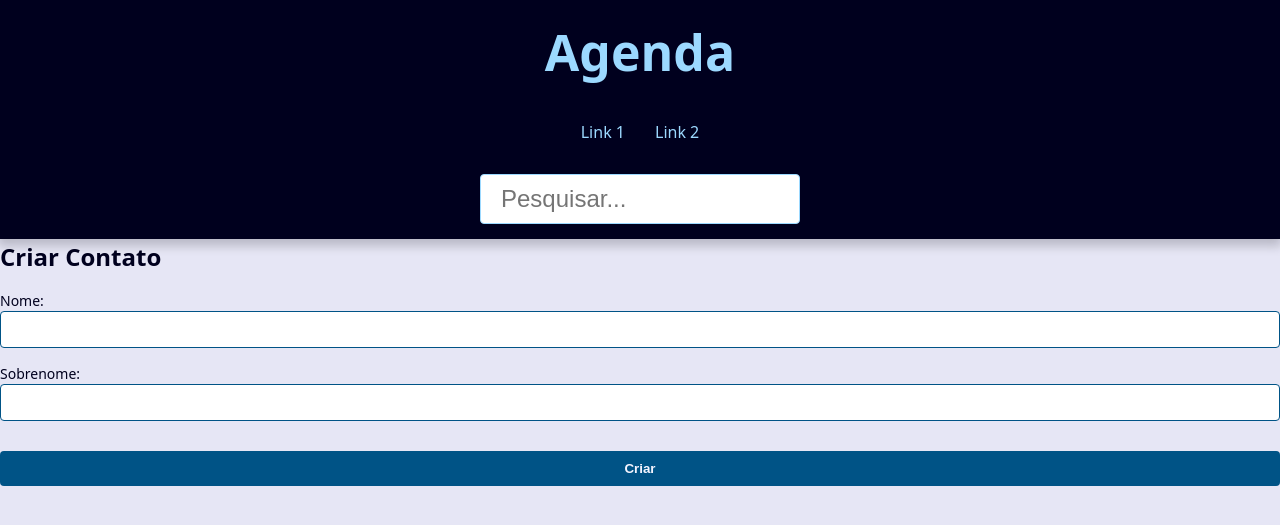
Repository: Anajuliabm248/Agenda
Page: http://localhost/contact/create/
These files come from the project's save history. The page is drawn as it stood at one moment and after a run of saves; the edit follows.
The browser window is 1280 px wide. The pictures show the whole page.
The page is served by the project's application, run on Django 5.2 (manage.py). Other server files are loaded and not shown.

Above is the page before, as saved 2026-05-03 15:22:49.

### contact/templates/contact/create.html
{% extends "global/base.html" %}

{% block content %}
<h2>Criar Contato</h2>

<div class="main">
    <!-- enctype serve para indicar que o formulário pode enviar arquivos, como imagens ou documentos. -->
    <form action="{% url 'contact:create' %}" method="POST" enctype="multipart/form-data">
        <!-- proteção contra ataques CSRF (Cross-Site Request Forgery) -->
        {% csrf_token %}
        <div class="form-content">
            <div class="form-group">
                <label for="id_first_name">Nome:</label>
                <input type="text" id="id_first_name" name="first_name" required maxlength="255">
            </div>
            <div class="form-group">
                <label for="id_last_name">Sobrenome:</label>
                <input type="text" id="id_last_name" name="last_name" required maxlength="255">
            </div>

        </div>
        <div class="form-content">
            <div class="form-group">
                <button class="btn" type="submit">Criar</button>
            </div>
        </div>
    </form>
</div>

{% endblock content %}

### base_templates/global/base.html
{% load static %}
<!DOCTYPE html>
<html lang="pt_BR">
<head>
    <meta charset="UTF-8">
    <title>{% block title %}{{ title }}{% endblock title %}</title>
    <link rel="stylesheet" href="{% static 'global/css/styles.css' %}">
</head>
<body>

    {% include 'global/partials/_header.html' %}

    {% block content %}

    {% endblock content %}

</body>
</html>

### base_templates/global/partials/_header.html
<header class="header">
        <h1 class="header-heading">
            <a href="{% url 'contact:index' %}" class="header-link">Agenda</a>
        </h1>
        <nav class="menu">
            <ul class="menu-list">
                <li class="menu-item">
                    <a href="" class="menu-link">Link 1</a>
                </li>
                <li class="menu-item">
                    <a href="" class="menu-link">Link 2</a>
            </ul>
        </nav>

        <div class="search">
            <form action="{% url 'contact:search' %}" method="GET">
                <input type="text" name="q" id="search" class="search-input" placeholder="Pesquisar..." value="{{ search_value }}">
            </form>
        </div>
    </header>

### contact/views/contact_forms.py

from django.shortcuts import redirect, render, get_object_or_404
from contact.models import Contact
from django.db.models import Q
from django.core.paginator import Paginator
# Create your views here.

def create(request):


    context= {
    }

    return render(
        request,
        'contact/create.html',
        context
    )

### Agenda/urls.py
"""
URL configuration for Agenda project.

The `urlpatterns` list routes URLs to views. For more information please see:
    https://docs.djangoproject.com/en/6.0/topics/http/urls/
Examples:
Function views
    1. Add an import:  from my_app import views
    2. Add a URL to urlpatterns:  path('', views.home, name='home')
Class-based views
    1. Add an import:  from other_app.views import Home
    2. Add a URL to urlpatterns:  path('', Home.as_view(), name='home')
Including another URLconf
    1. Import the include() function: from django.urls import include, path
    2. Add a URL to urlpatterns:  path('blog/', include('blog.urls'))
"""
from django.contrib import admin
from django.urls import path, include
from django.conf.urls.static import static
from django.conf import settings


urlpatterns = [
    path('admin/', admin.site.urls),
    path('', include('contact.urls'))
]

urlpatterns += static(settings.MEDIA_URL, document_root=settings.MEDIA_ROOT)
urlpatterns += static(settings.STATIC_URL, document_root=settings.STATIC_ROOT)

### contact/urls.py
from django.urls import path
from contact import views

app_name = 'contact'

urlpatterns = [
    path('', views.index, name='index'),
    path('search/', views.search, name='search'),
    #crud de contatos
    path('contact/<int:contact_id>/detail/', views.contact, name='contact'),
    path('contact/create/', views.create, name='create'),
]

### base_static/global/css/styles.css
:root {
  --spacing: 1.5rem;
  --link-dark-color: rgb(0, 83, 134);
  --link-light-color: rgb(156, 217, 255);
  --clr-white: rgb(245, 245, 255);
  --clr-black: rgb(0, 0, 30);
  --clr-light-gray: rgb(230, 230, 245);
  --clr-dark-shadow-5: rgba(0, 0, 10, 5%);
  --clr-dark-shadow-10: rgba(0, 0, 10, 10%);
  --clr-dark-shadow-20: rgba(0, 0, 10, 20%);
  --clr-light-shadow-5: rgba(200, 200, 255, 5%);
  --clr-light-shadow-10: rgba(200, 200, 255, 10%);
  --clr-light-shadow-20: rgba(200, 200, 255, 20%);
  --main-page-width: 120rem;
  --table-min-width: 60rem;
  --biggest-font-size: 5rem;
  --bigger-font-size: 4rem;
  --big-font-size: 3.2rem;
  --medium-font-size: 2.4rem;
  --small-font-size: 1.6rem;
  --smaller-font-size: 1.4rem;
  --smallest-font-size: 1.2rem;
  --transition-fast: 300ms;
  --transition-medium: 600ms;
  --transition-slow: 1s;
  --default-border-radius: 4px;
}

*,
*::before,
*::after {
  margin: 0;
  padding: 0;
  box-sizing: border-box;
}

html {
  font-size: 62.5%;
}

body {
  font-family: system-ui, -apple-system, BlinkMacSystemFont, 'Segoe UI', Roboto,
    Oxygen, Ubuntu, Cantarell, 'Open Sans', 'Helvetica Neue', sans-serif;
  line-height: 1.5;
  font-size: var(--small-font-size);
  color: var(--clr-black);
  -webkit-font-smoothing: antialiased;
  background: var(--clr-light-gray);
}

img,
svg {
  display: block;
  max-width: 100%;
}

.header {
  background: var(--clr-black);
  padding: var(--spacing);
  box-shadow: 0 5px 10px 2px var(--clr-dark-shadow-20);
  z-index: 1;
  position: relative;
}

.header-heading {
  font-size: var(--biggest-font-size);
  text-align: center;
}

.header-link {
  color: var(--link-light-color);
  text-decoration: none;
  transition: filter var(--transition-fast) ease-in-out;
}

.header-link:hover {
  filter: brightness(70%);
}

.menu {
  margin: var(--spacing);
}

.menu-list {
  list-style: none;
  display: flex;
  justify-content: center;
  flex-flow: row wrap;
}

.menu-link {
  display: block;
  padding: var(--spacing);
  color: var(--link-light-color);
  text-decoration: none;
  transition: background-color var(--transition-fast) ease-in-out;
  border-radius: var(--default-border-radius);
}

.menu-link:hover {
  background: var(--clr-light-shadow-10);
}

.content {
  max-width: var(--main-page-width);
  margin: calc(var(--spacing) * 2) auto;
  padding: var(--spacing);
  background: var(--clr-white);
  box-shadow: 2px 2px 5px var(--clr-dark-shadow-20);
  border-radius: var(--default-border-radius);
}

.responsive-table {
  width: 100%;
  overflow-x: auto;
}

.contacts-table {
  width: 100%;
  min-width: var(--table-min-width);
  border-collapse: collapse;
}

.table-caption {
  font-size: var(--medium-font-size);
  font-weight: bold;
  padding: var(--spacing);
}

.table-row {
  text-align: left;
  text-overflow: ellipsis;
  transition: background-color var(--transition-fast) ease-in-out;
}

.table-row:nth-of-type(2n) {
  background: var(--clr-dark-shadow-5);
}

.table-row:not(.table-row-header):hover {
  background: var(--clr-dark-shadow-10);
}

.table-row-header {
  background: var(--clr-light-gray);
  color: var(--clr-black);
}

.table-cel,
.table-header {
  padding: var(--spacing);
}

.table-link {
  color: var(--link-dark-color);
  transition: color var(--transition-fast) ease-in-out;
  text-decoration: none;
}

.table-link:hover {
  color: var(--clr-black);
}

@media (min-width: 600px) {
  .single-contact {
    max-width: 80%;
    margin: calc(var(--spacing) * 2) auto;
  }
}

.single-contact h1 {
  margin: 1rem 0;
}

.single-contact p {
  margin: 1rem 0;
}

.pagination {
  margin-top: var(--spacing);
  display: flex;
  justify-content: center;
  padding: calc(var(--spacing) * 0.8);
  font-size: var(--small-font-size);
}

.pagination .step-links {
  display: flex;
  gap: calc(var(--spacing) * 0.8);
}

.pagination .step-links a {
  color: var(--link-dark-color);
  transition: color var(--transition-fast) ease-in-out;
  text-decoration: none;
  display: block;
}

.search {
  display: flex;
  justify-content: center;
}

.search-input {
  font-size: var(--medium-font-size);
  padding: 1rem 2rem;
  width: 100%;
  max-width: 32rem;
  border-radius: var(--default-border-radius);
  border: 1px solid var(--link-light-color);
}

.search-input:focus {
  box-shadow: 0 0 15px var(--link-light-color);
}

.message {
  max-width: 600px;
  margin: var(--spacing) auto;
  margin-top: calc(var(--spacing) * 2);
  padding: var(--spacing);
  text-align: center;
  border-radius: var(--default-border-radius);
  font-size: var(--smaller-font-size);
}

.message.success {
  background: rgba(0, 255, 0, 0.3);
  border: 1px solid rgba(0, 255, 0, 90%);
}

.message.error {
  background: rgba(255, 0, 0, 0.3);
  border: 1px solid rgba(255, 0, 0, 90%);
}

.message.warning {
  background: rgba(255, 255, 0, 0.3);
  border: 1px solid rgba(255, 255, 0, 90%);
}

.form-wrapper {
  max-width: 60rem;
  margin: var(--spacing) auto;
}

.form-content {
  margin: var(--spacing) 0;
}

.form-group {
  display: flex;
  flex-direction: column;
  padding-bottom: var(--spacing);
}
.errorlist {
  list-style: none;
  font-size: var(--smaller-font-size);
  color: tomato;
}
.errorlist.nonfield {
  color: inherit;
}

.form-group p {
  margin: 1em 0;
}

.form-group .help-text,
.form-group .help-text ~ ul {
  margin: 0;
  font-size: var(--smallest-font-size);
  list-style: none;
}

.form-group input,
.form-group textarea,
.form-group select {
  padding: 1rem;
  border-radius: var(--default-border-radius);
  border: 1px solid var(--link-dark-color);
}

.form-group input:focus,
.form-group textarea:focus,
.form-group select:focus {
  outline: none;
  box-shadow: 0 0 5px var(--link-dark-color);
}

.form-group label {
  font-size: var(--smaller-font-size);
}

.btn {
  background-color: var(--link-dark-color);
  color: var(--clr-white);
  font-weight: bold;
  border: none;
  padding: 1rem 2rem;
  border-radius: var(--default-border-radius);
  cursor: pointer;
  transition: filter var(--transition-fast) ease-in-out;
}

.btn:hover {
  filter: brightness(90%);
}

.btn:focus,
.btn:active {
  filter: brightness(80%);
  box-shadow: 0 0 5px var(--link-dark-color);
}

After the next 3 saves:
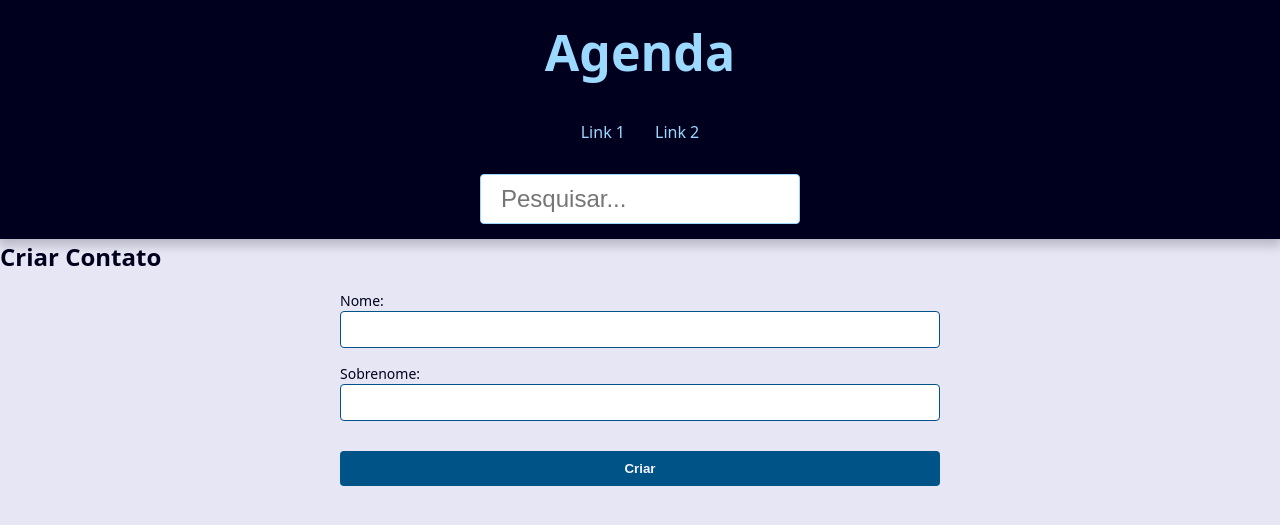
The 3 saves are shown as one change because they came seconds apart.
The last was saved 52 s later.
--- a/contact/templates/contact/create.html
+++ b/contact/templates/contact/create.html
@@ -3,7 +3,7 @@
 {% block content %}
 <h2>Criar Contato</h2>
 
-<div class="main">
+<div class="form-wrapper">
     <!-- enctype serve para indicar que o formulário pode enviar arquivos, como imagens ou documentos. -->
     <form action="{% url 'contact:create' %}" method="POST" enctype="multipart/form-data">
         <!-- proteção contra ataques CSRF (Cross-Site Request Forgery) -->
